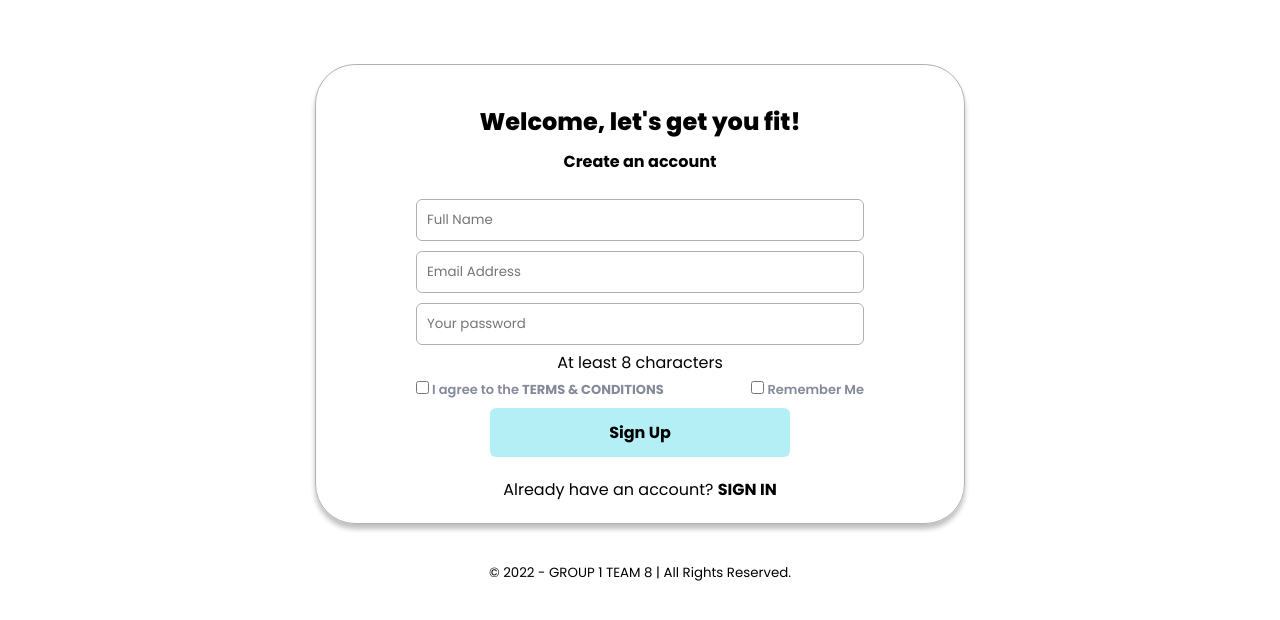
Repository: Rellzcodez/Group1-Team8
Page: pages/signup.html
These files come from the project's save history. The page is drawn as it stood at one moment and after a run of saves; the edit follows.
The browser window is 1280 px wide. The pictures show the whole page.

Above is the page before, as saved 2022-09-12 13:51:30.

### pages/signup.html
<!DOCTYPE html>
<html lang="en">
    <head>
        <meta charset="UTF-8">
        <meta http-equiv="X-UA-Compatible" content="IE=edge">
        <meta name="viewport" content="width=device-width, initial-scale=1.0">
        <link rel="stylesheet" href="/css/signup.css">
        <link rel="preconnect" href="https://fonts.googleapis.com">
        <link rel="preconnect" href="https://fonts.gstatic.com" crossorigin>
        <link href="https://fonts.googleapis.com/css2?family=Poppins:wght@100&display=swap" rel="stylesheet">
        <link rel="shortcut icon" href="/images/favicon-32x32.png" type="image/x-icon">
        <title>SIGN UP</title>
    </head>
    <body>

        <div class="form-container">
            <div class="form-container-desc">
                <h1>Welcome, let's get you fit!</h1>
                <p><b>Create an account</b></p>
            </div>
            <form>
                <div class="input-group">
                    <input type="text" placeholder="Full Name" id="fullname" required>
                    <i class='bx bxs-contact'></i>
                </div>

                <div  class="input-group">
                    <input type="email" placeholder="Email Address" id="emailAddress" required>
                    <i class='bx bx-envelope'></i>
                </div>

                <div  class="input-group">
                    <input type="password" pattern=".{8,}" id="password" placeholder="Your password" required>
                    <i class='bx bx-lock-alt' ></i>
                </div>
                <span class="help-text">At least 8 characters</span>

                <div class="terms">
                    <label class="checkbox_label" for="terms">
                        <input type="checkbox" id="terms" name="terms">
                     I agree to the <b>TERMS & CONDITIONS</b>
                    </label>
                    <label class="checkbox_label" for="remember_me">
                        <input type="checkbox" id="remember_me" name="terms"> Remember Me</label>
                </div>

                <a href="#"><button type="submit" class="signup"><b>Sign Up</b></button></a>

            <p  class="cta">Already have an account? <a class="a" href="signin.html"><b>SIGN IN</b></a> </p>

            </form>
        </div>

        <footer>
            <small class="footer-small">&copy; 2022 - GROUP 1 TEAM 8 | All Rights Reserved.</small>
        </footer>
    </body>

</html>

### css/signup.css
@import url("https://fonts.googleapis.com/css2?family=Poppins:wght@400;600;700;800&display=swap");

*{
    padding: 0;
    margin: 0;
    box-sizing: border-box;
}

body{
    place-items: center;
    align-items: center;
    font-family: 'Poppins', sans-serif;
}
button, input, a{
    font-family: 'Poppins', sans-serif;
}
h1 {
    font-weight: 800;
    padding-top: 2%;
}

p {
    font-weight: 700;
    margin: 10px auto 20px;
}

.form-container{
    background: rgba(255, 255, 255, 0.82);
    border: 1px solid #AEB1BD;
    box-shadow: 0px 5px 5px rgba(0, 0, 0, 0.25);
    border-radius: 40px;
    margin: 5% auto;
    width: 650px;
    height: 460px;
    padding: 30px 100px;
}

.form-container .form-container-desc,
form{
    text-align: center;
}
.form-container-desc h1{
    font-size: 24px;
}
form div{
    padding: 5px 0;
}

form label{
    color: #fff;
    display: block;
    padding-bottom: 3px;
    color: #858A9B;

}

form input:not([type='checkbox']) {
    border: 1px solid #D9D9D9;
    outline: none;
    padding: 10px 10px;
    width: 100%;
    border-radius: 2px;
    color: #858A9B;
}
input{
    margin: 0 auto;
}
#fullname, #emailAddress, #password {
    outline: none;
    border-radius: 6px;
    border: 1px solid #AEB1BD;
    width: 100%;
    transition: all .3s ease;
}

.checkbox_label{
    display: inline;
}

.terms{
    display: flex;
    justify-content: space-between;
    font-weight: 600;
    font-size: 13px;
    padding-bottom: 5px;
}



form input:focus{
    outline: 1px solid cyan;
}
.signup {
    padding: 12px 0;
    width: 300px;
    text-align: center;
    color: #000;
    border-radius: 6px;
    cursor: pointer;
    transition: all .3s ease;
    border: none;
    font-size: 16px;
    font-weight: 500;
    background: #B4EFF5;
    margin-bottom: 20px;
    }
    .signup:hover{
        color: #fff;
        background: #343C59;
    }

.a{text-decoration: none;
    color: black;}

.cta{
    font-weight: inherit;
    margin: 0 auto;
}

        .signup:active {
            background-color: #858A9B;
        }

        .signup:disabled {
            background-color: #CED0D7;
        }

        .sign:hover {
            color: rgb(255, 255, 255);
        }

        .sign:active {
            color: rgb(255, 255, 255);
        }

        .cta a:hover {
            color: #858A9B;
        }

        .a:hover {
            color: #858A9B;
        }

        .a:active {
            color: #858A9B;
        }

.footer-small{
    display: flex;
    justify-content: center;
    font-family: 'Poppins', sans-serif;
    margin-top: -25px;
}

After the next 2 saves:
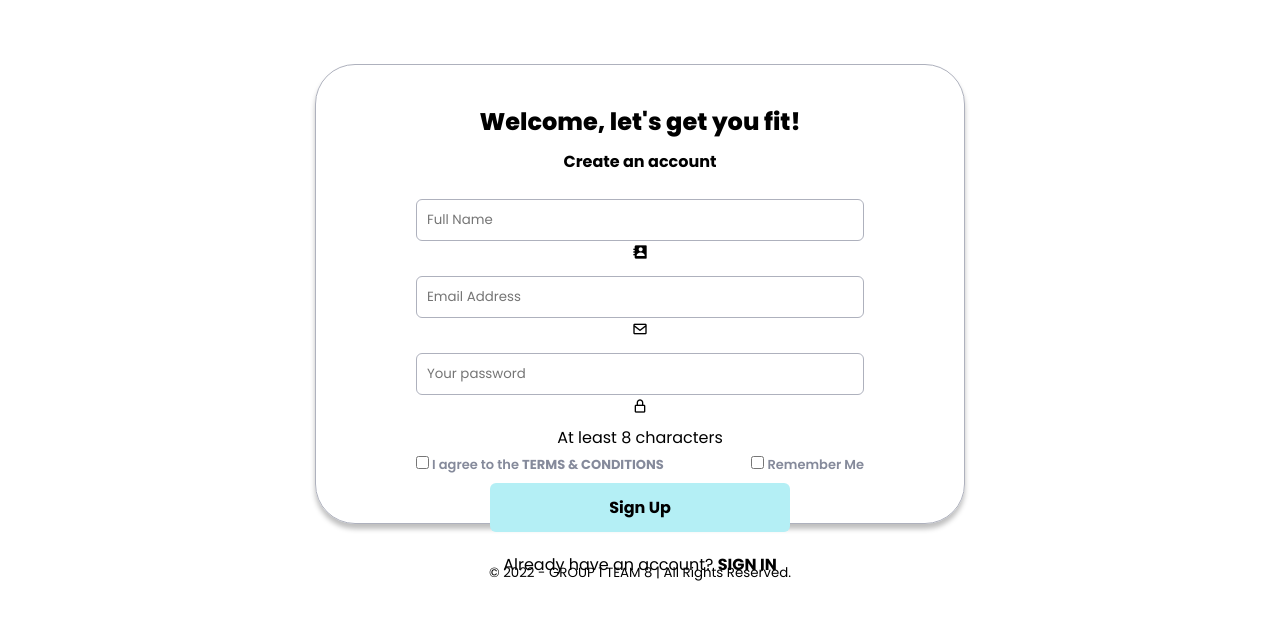
The 2 saves are shown as one change because they came seconds apart.
The last was saved 37 s later.
--- a/pages/signup.html
+++ b/pages/signup.html
@@ -4,6 +4,7 @@
         <meta charset="UTF-8">
         <meta http-equiv="X-UA-Compatible" content="IE=edge">
         <meta name="viewport" content="width=device-width, initial-scale=1.0">
+        <link href='https://unpkg.com/boxicons@2.1.2/css/boxicons.min.css' rel='stylesheet'>
         <link rel="stylesheet" href="/css/signup.css">
         <link rel="preconnect" href="https://fonts.googleapis.com">
         <link rel="preconnect" href="https://fonts.gstatic.com" crossorigin>
